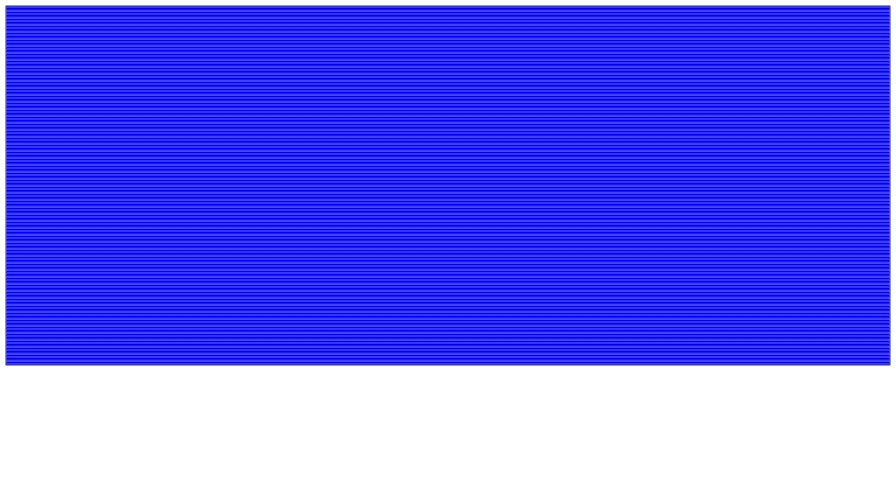
Repository: rsoetydev/etch-a-sketch
Page: index.html
The author's editor kept a copy of each file at every save. The page is drawn from the files as they stood at one save, then again after the next save.
The browser window is 1280 px wide. The pictures show the part of the page from y = 0 to 1920 px (the page is 720 px tall before and 32530 px after), at 70% of full size.

Above is the page before, as saved 2024-01-15 15:39:08.

### index.html
<!DOCTYPE html>
<html lang="en">
<head>
    <meta charset="UTF-8">
    <meta name="viewport" content="width=device-width, initial-scale=1.0">
    <title>Etch-A-Sketch</title>
    <script src="scripts.js" defer></script>
    <link rel="stylesheet" href="styles.css">
</head>
<body>

    <div id="board" class="board"></div>

</body>
</html>

### scripts.js


function createBoard(){
    const board = document.getElementById('board');
    const boardWidth = 2000;
    board.width = boardWidth + 'px';
    board.length = boardWidth + 'px';

    createGrid(board, boardWidth);
}


function createGrid(board, boardWidth){
    let gridWidth = 16;
    let blockWidth = boardWidth / gridWidth;
    console.log(blockWidth);
    for (i = 0; i < gridWidth ** 2; i++) {
        const gridBlock = document.createElement('div');
        gridBlock.className = 'grid-block';
        gridBlock.width = blockWidth + 'px';

        console.log(gridBlock.width);

        board.appendChild(gridBlock);
    }
}

createBoard();

### styles.css
.board{
    display: flex;
    flex-direction: column;
    flex-wrap: wrap;
    border-style: solid;
    border-color: black;
    border-width: 1px;
}

.grid-block{
    border-style: solid;
    border-color: blue;
    border-width: 1px;
    flex: 1 1 auto;
}

After the next save:
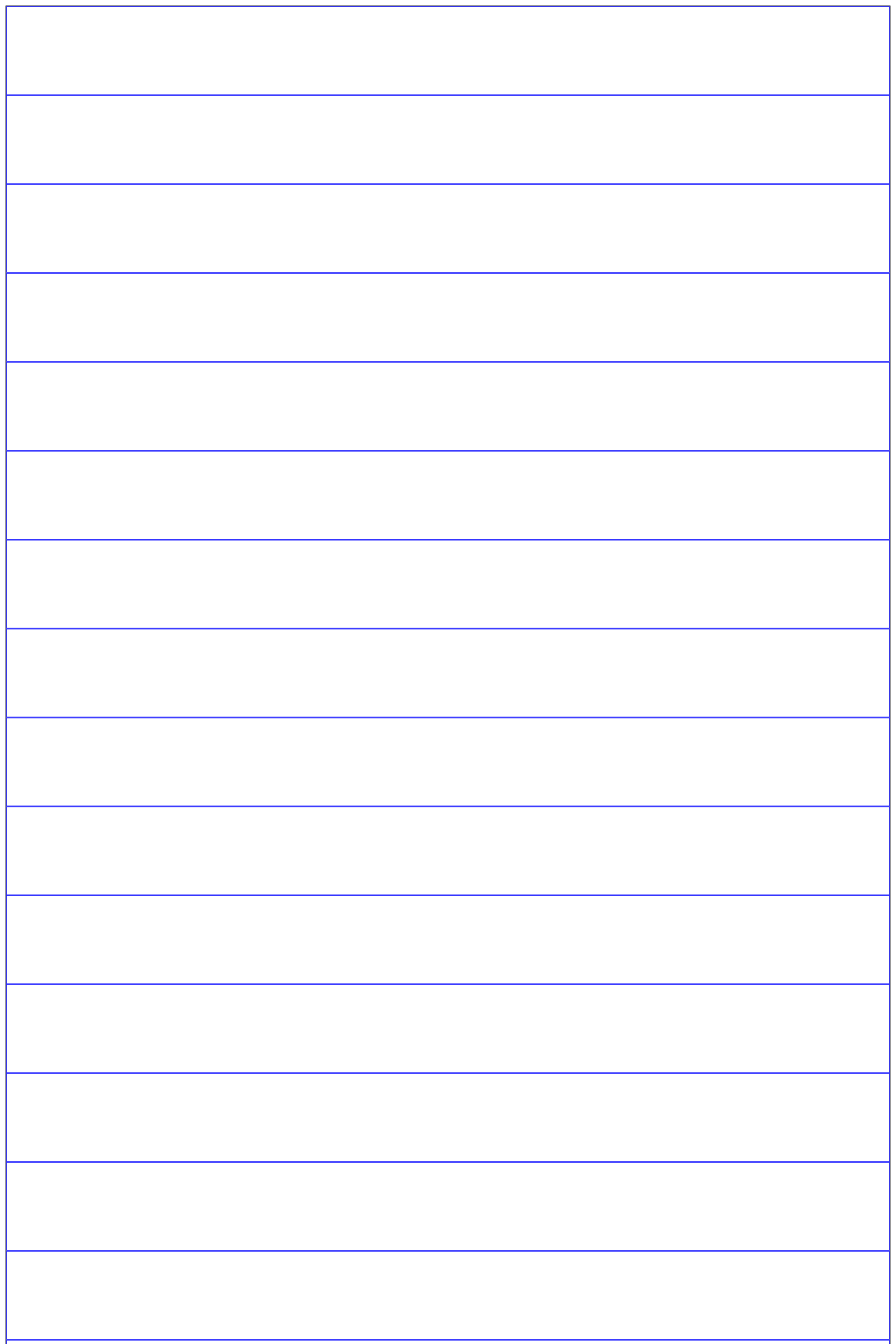
Saved 4 s later.
--- a/styles.css
+++ b/styles.css
@@ -11,5 +11,5 @@
     border-style: solid;
     border-color: blue;
     border-width: 1px;
-    flex: 1 1 auto;
+    flex: 1 1 125px;
 }
